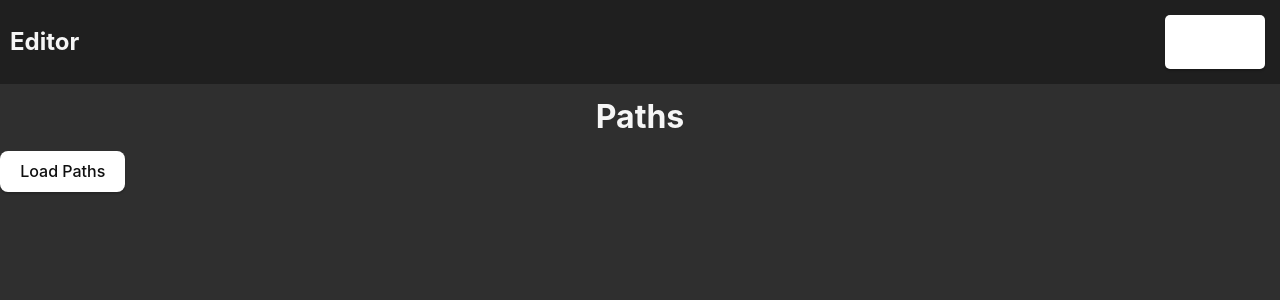
Repository: toasted226/visual-scripting-js
Page: /
The author's editor kept a copy of each file at every save. The page is drawn from the files as they stood at one save, then again after the next save.
The browser window is 1280 px wide. The pictures show the whole page.
The project was rebuilt for these pictures with package versions that can differ from the ones it lists, and the page was loaded fresh each time. Also part of the build but not shown: vite.config.ts.

Above is the page before, as saved 2023-06-12 18:52:11.

After the next save:
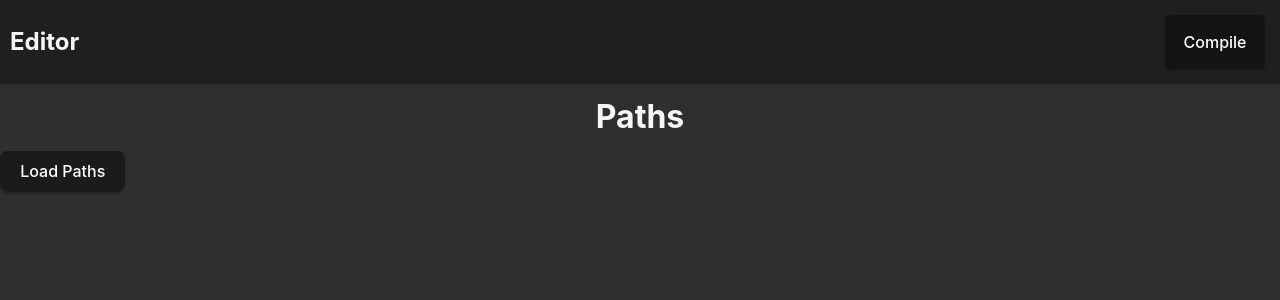
Saved 40 s later.
--- a/src/styles.css
+++ b/src/styles.css
@@ -91,18 +91,11 @@ button {
     margin-right: 5px;
 }
 
-@media (prefers-color-scheme: dark) {
-    :root {
-        color: #f6f6f6;
-        background-color: #2f2f2f;
-    }
-
-    input,
-    button {
-        color: #ffffff;
-        background-color: #0f0f0f98;
-    }
-    button:active {
-        background-color: #0f0f0f69;
-    }
+input,
+button {
+    color: #ffffff;
+    background-color: #0f0f0f98;
 }
+button:active {
+    background-color: #0f0f0f69;
+}
